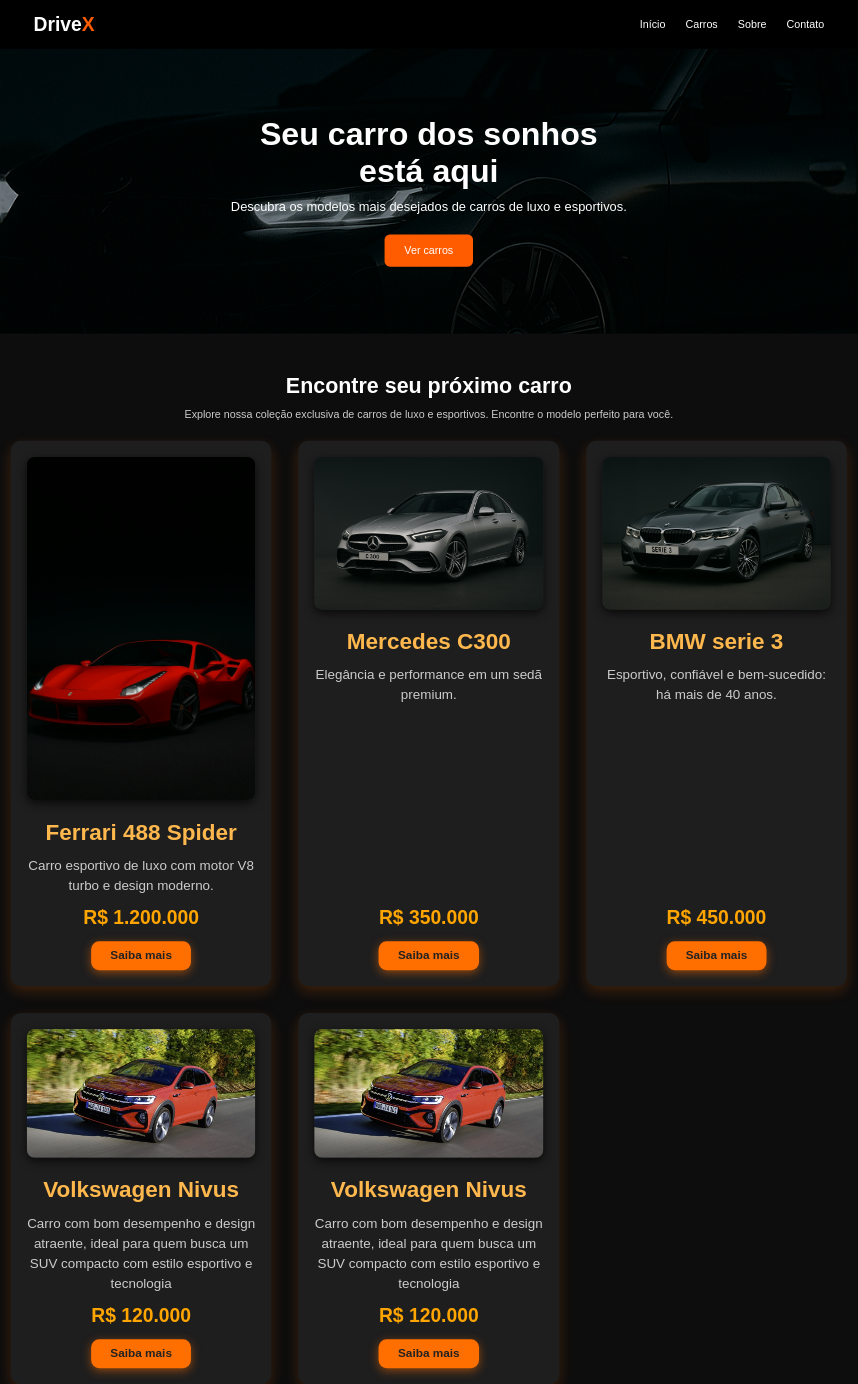
Repository: Mateushlp/DriveX
Page: index.html
The author's editor kept a copy of each file at every save. The page is drawn from the files as they stood at one save, then again after a run of saves.
The browser window is 1280 px wide. The pictures show the whole page, at 67% of full size.

Above is the page before, as saved 2025-06-23 22:06:31.

After the next 2 saves:
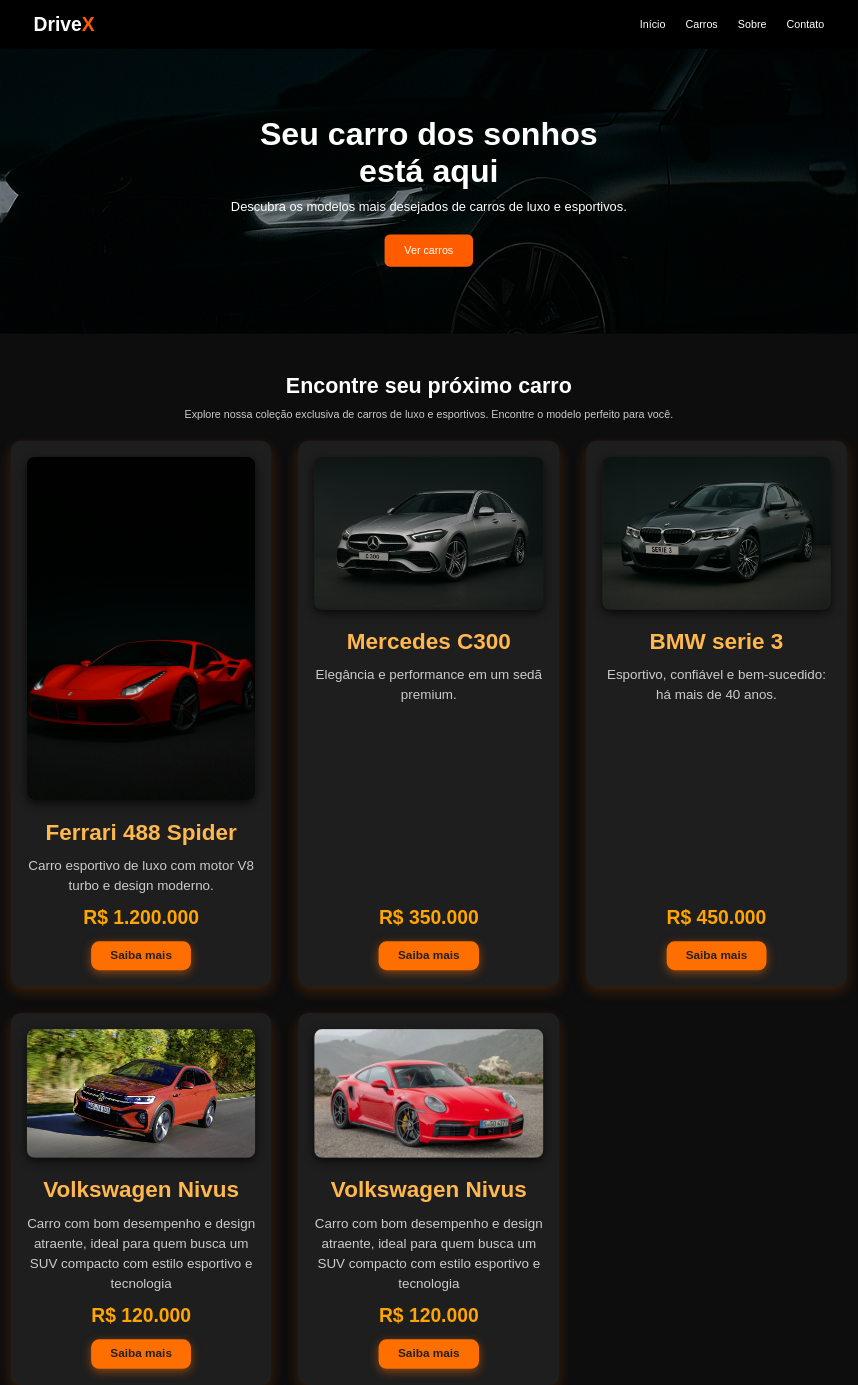
The 2 saves are shown as one change because they came seconds apart.
The last was saved 9 s later.
--- a/index.html
+++ b/index.html
@@ -79,7 +79,7 @@
         <button class="btn-detalhes" data-modelo="nivus">Saiba mais</button>
       </div>
             <div class="card-carro">
-        <img src="./img/nivus.jpg" alt="nivus" />
+        <img src="./img/Porsche-911.jpg" alt="nivus" />
         <h3> Volkswagen Nivus</h3>
         <p>Carro com bom desempenho e design atraente, ideal para quem busca um SUV compacto com estilo esportivo e tecnologia</p>
         <strong>R$ 120.000</strong>
